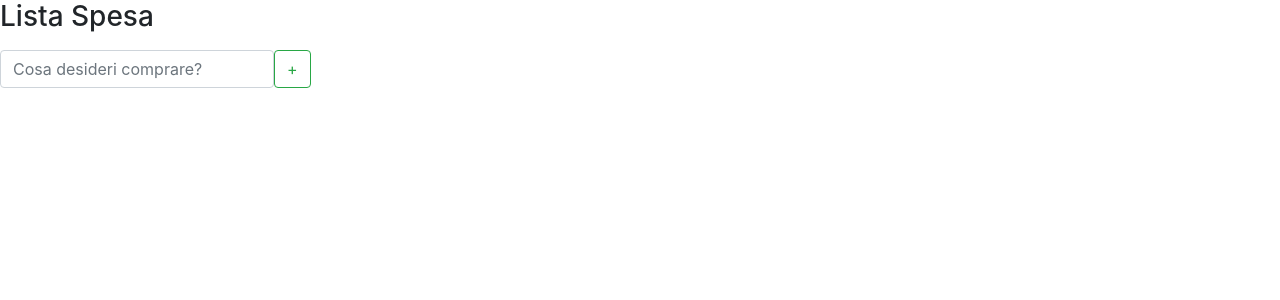
Repository: andreadipilato/TodoList
Page: /
The author's editor kept a copy of each file at every save. The page is drawn from the files as they stood at one save, then again after the next save.
The browser window is 1280 px wide. The pictures show the whole page.
The project was rebuilt for these pictures with package versions that can differ from the ones it lists, and the page was loaded fresh each time. Also part of the build but not shown: src/App.css.

Above is the page before, as saved 2020-12-04 15:41:55.

### public/index.html
<!DOCTYPE html>
<html lang="en">
  <head>
    <meta charset="utf-8" />
    <link rel="stylesheet" href="https://maxcdn.bootstrapcdn.com/bootstrap/4.0.0/css/bootstrap.min.css" integrity="sha384-Gn5384xqQ1aoWXA+058RXPxPg6fy4IWvTNh0E263XmFcJlSAwiGgFAW/dAiS6JXm" crossorigin="anonymous">
    <link rel="icon" href="%PUBLIC_URL%/favicon.ico" />
    <meta name="viewport" content="width=device-width, initial-scale=1" />
    <meta name="theme-color" content="#000000" />
    <meta
      name="description"
      content="Web site created using create-react-app"
    />
    <link rel="apple-touch-icon" href="%PUBLIC_URL%/logo192.png" />
    <!--
      manifest.json provides metadata used when your web app is installed on a
      user's mobile device or desktop. See https://developers.google.com/web/fundamentals/web-app-manifest/
    -->
    <link rel="manifest" href="%PUBLIC_URL%/manifest.json" />
    <!--
      Notice the use of %PUBLIC_URL% in the tags above.
      It will be replaced with the URL of the `public` folder during the build.
      Only files inside the `public` folder can be referenced from the HTML.

      Unlike "/favicon.ico" or "favicon.ico", "%PUBLIC_URL%/favicon.ico" will
      work correctly both with client-side routing and a non-root public URL.
      Learn how to configure a non-root public URL by running `npm run build`.
    -->
    <title>Lista Spesa</title>
  </head>
  <body>
    <noscript>You need to enable JavaScript to run this app.</noscript>
    <div id="root"></div>
    <!--
      This HTML file is a template.
      If you open it directly in the browser, you will see an empty page.

      You can add webfonts, meta tags, or analytics to this file.
      The build step will place the bundled scripts into the <body> tag.

      To begin the development, run `npm start` or `yarn start`.
      To create a production bundle, use `npm run build` or `yarn build`.
    -->

  </body>
</html>

### src/App.js
import logo from './logo.svg';
import './App.css';
import Cerca from './Cerca.js';

function App() {
  return (
    <div className="App">
      <header className="App-header">
        <h3>Lista Spesa</h3>
        <Cerca />
      </header>
    </div>
  );
}

export default App;

### src/Cerca.js
import React, {Component} from 'react'

class Cerca extends Component {
    constructor(props) {
        super(props);
        this.state = { cerca: ""}
    }
    render() {
        return (
                <form className = "form-inline" onSubmit = {this.addElement}>
                    <input
                        className = "form-control mr-sm-8"
                        type = "text"
                        placeholder = "Cosa desideri comprare?"
                        aria-label = "Search"
                        value = {this.state.cerca}
                        //onChange = {}
                    />

                    <button className = "btn btn-outline-success my-2 my-sm-6"
                            type="submit"
                            //onFocus = {}
                    >+
                    </button>
                </form>
        )
    }
}
export default Cerca;

Loaded but not shown: src/index.js (common file); src/index.css (common file); src/reportWebVitals.js (common file)

After the next save:
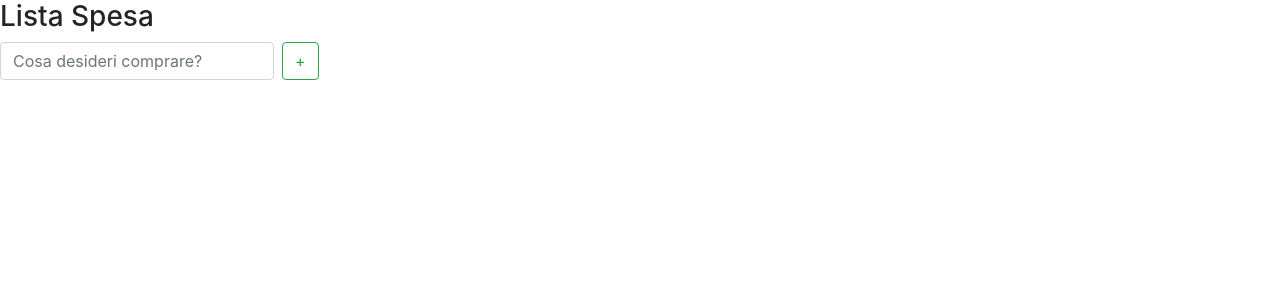
Saved 5 min 27 s later.
--- a/src/Cerca.js
+++ b/src/Cerca.js
@@ -9,7 +9,7 @@
         return (
                 <form className = "form-inline" onSubmit = {this.addElement}>
                     <input
-                        className = "form-control mr-sm-8"
+                        className = "form-control mr-sm-2"
                         type = "text"
                         placeholder = "Cosa desideri comprare?"
                         aria-label = "Search"
@@ -17,7 +17,7 @@
                         //onChange = {}
                     />
 
-                    <button className = "btn btn-outline-success my-2 my-sm-6"
+                    <button className = "btn btn-outline-success my-2 my-sm-0"
                             type="submit"
                             //onFocus = {}
                     >+
